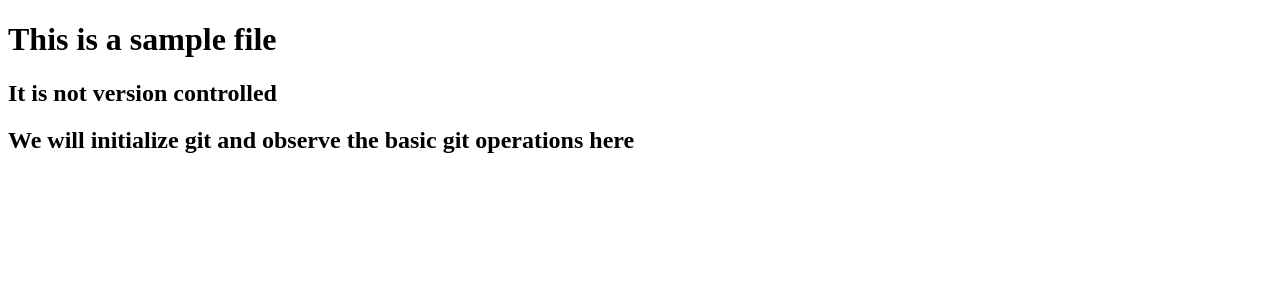
Repository: ajayasharma/project02
Page: file1.html
The author's editor kept a copy of each file at every save. The page is drawn from the files as they stood at one save, then again after the next save.
The browser window is 1280 px wide. The pictures show the whole page.

Above is the page before, as saved 2020-10-10 20:56:43.

### file1.html
<!DOCTYPE html>
<html lang="en">
<head>
    <meta charset="UTF-8">
    <meta name="viewport" content="width=device-width, initial-scale=1.0">
    <title>Sample File</title>
</head>
<body>
    <h1>This is a sample file</h1>
    <h2>It is not version controlled</h2>
    <h2>We will initialize git and observe the basic git operations here</h2>
</body>
</html>

After the next save:
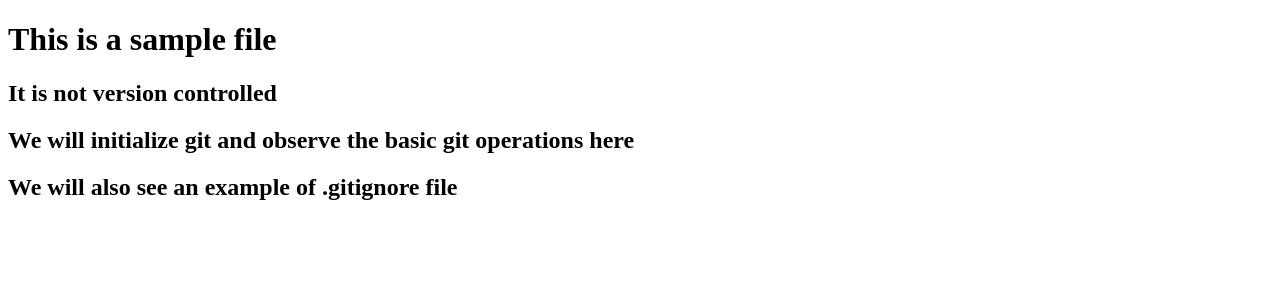
Saved 67 s later.
--- a/file1.html
+++ b/file1.html
@@ -9,5 +9,6 @@
     <h1>This is a sample file</h1>
     <h2>It is not version controlled</h2>
     <h2>We will initialize git and observe the basic git operations here</h2>
+    <h2>We will also see an example of .gitignore file</h2>
 </body>
 </html>
